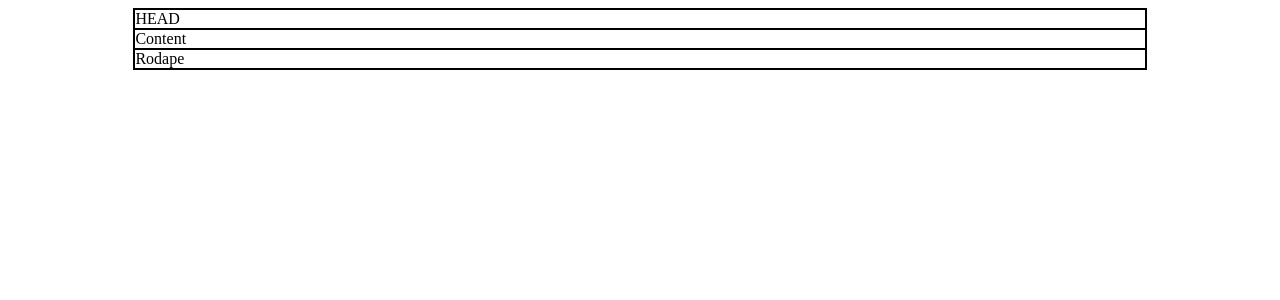
Repository: Natanzx/DogECatRoom
Page: http://localhost/DogECatRoom/login.jsp
An editor plug-in stored every save of this project. The page is shown before and after the next save, followed by the edit.
The browser window is 1280 px wide. The pictures show the whole page.
The page is served by Tomcat 9. Other server files are loaded and not shown.

Above is the page before, as saved 2016-05-15 18:13:34.

### DogECatRoom/WebContent/login.jsp
<%@ page language="java" contentType="text/html; charset=ISO-8859-1"
    pageEncoding="ISO-8859-1"%>
<!DOCTYPE html PUBLIC "-//W3C//DTD HTML 4.01 Transitional//EN" "http://www.w3.org/TR/html4/loose.dtd">
<html>
<head>
	<meta http-equiv="Content-Type" content="text/html; charset=ISO-8859-1">
	<title>Efetuar Login</title>

	<link rel="stylesheet" type="text/css" href="/DogECatRoom/bibliotecas/css/estilos.css">
</head>
<body>
	<div class="divMargin">
		<div style="">
			HEAD
		</div>

		<div>
			Content
		</div>

		<div>
			Rodape
		</div>
	</div>
</body>
</html>

### DogECatRoom/WebContent/bibliotecas/css/estilos.css
@CHARSET "ISO-8859-1";

div {

	border				: 1px solid black;
}

.divMargin{
	width				: 80%;
	margin				: auto;

}

After the next save:
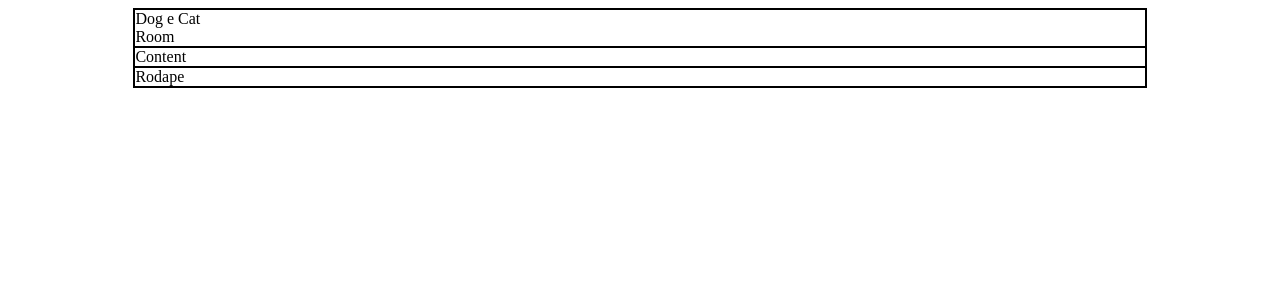
Saved 26 s later.
--- a/DogECatRoom/WebContent/login.jsp
+++ b/DogECatRoom/WebContent/login.jsp
@@ -11,7 +11,9 @@
 <body>
 	<div class="divMargin">
 		<div style="">
-			HEAD
+			Dog e Cat
+			<br>
+			Room
 		</div>
 
 		<div>
